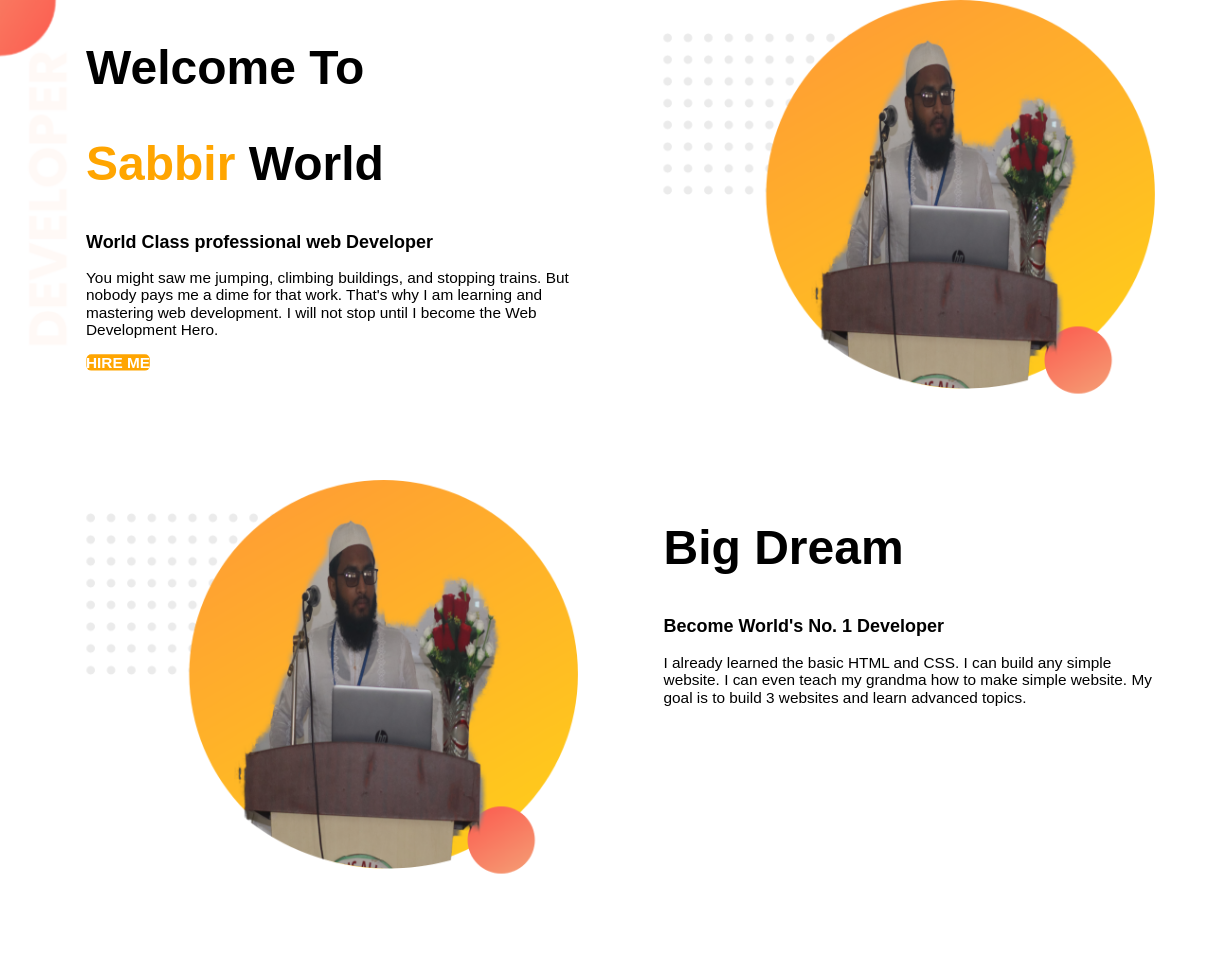
Repository: sabbircse3/web-protfolio
Page: index.html
These files come from the project's save history. The page is drawn as it stood at one moment and after the next save; the edit follows.
The browser window is 1280 px wide. The pictures show the whole page, at 96% of full size.

Above is the page before, as saved 2021-01-04 10:09:21.

### index.html
<!DOCTYPE html>
<html lang="en">
<head>
    <meta charset="UTF-8">
    <meta name="viewport" content="width=device-width, initial-scale=1.0">
    <title>Sabbir web-portfolio</title>
    <link rel="preconnect" href="https://fonts.gstatic.com">
    <link href="https://fonts.googleapis.com/css2?family=Montserrat&display=swap" rel="stylesheet">
    <link rel="stylesheet" href="style.css">
</head>
<body>
    <section class="top-banner">
        <div class="half-width">
            <h1>Welcome To</h1>
            <h1> <span class="name-highlight">Sabbir</span> World</h1>
            <h3>World Class professional web Developer</h3>
            <p>You might saw me jumping, climbing buildings, and stopping trains. But nobody pays me a dime for that work. That's why I am learning and mastering web development. I will not stop until I become the Web Development Hero.</p>
            <a class="link-button" target="_blank" href="https://www.linkedin.com/company/programminghero/">HIRE ME</a>
        </div>
        <div class="half-width">
            <img src="images/sabbir1.png" alt="">
        </div>
    </section>

    <section>
        <div class="half-width">
            <img src="images/sabbir1.png" alt="">
        </div>
        <div class="half-width">
            <h1> Big Dream</h1>
            <h3>Become World's No. 1 Developer</h3>
            <p>I already learned the basic HTML and CSS. I can build any simple website. I can even teach my grandma how to make simple website. My goal is to build 3 websites and learn advanced topics.</p>
        </div>

    </section>

</body>
</html>

### style.css
body{
    font-family: sans-serif;
    margin: 0px;
}
h1{
    font-size: 50px;
}
.name-highlight{
    color: orange;
}
.half-width{
    width: 40%;
    float: left;
    margin-left: 5%;
    padding-left: 2%;
}
.half-width img{
    width: 100%;
}
.top-banner{
    background-image: url("images/top-banner.png");
    background-repeat: no-repeat;
}
section{
    height: 500px;
}
.link-button{
    text-decoration: none;
    background-color: orange;
    padding: 10px 20;
    border-radius: 5px;
    color: white;
    font-weight: 600;
}

After the next save:
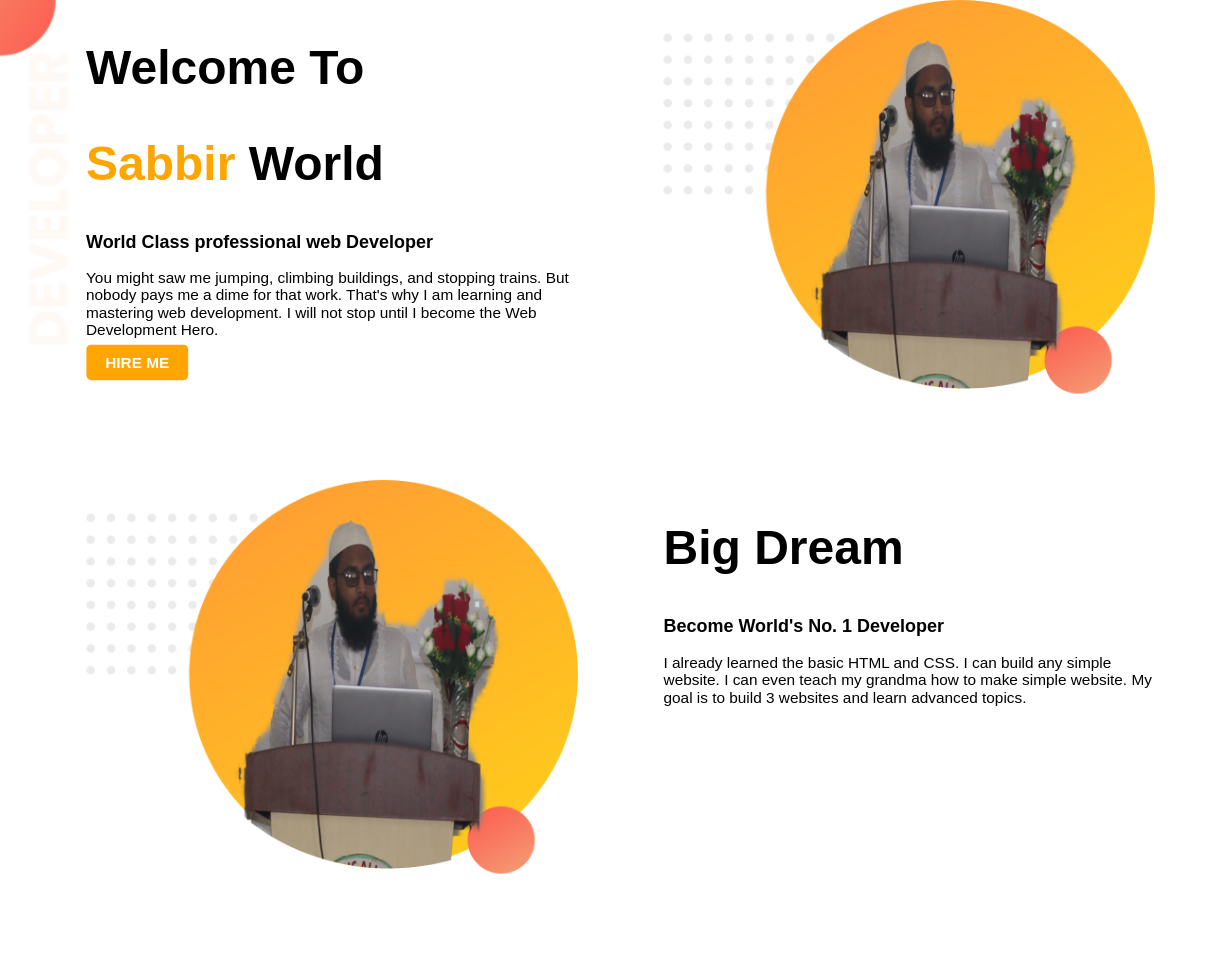
Saved 6 s later.
--- a/style.css
+++ b/style.css
@@ -27,7 +27,7 @@ section{
 .link-button{
     text-decoration: none;
     background-color: orange;
-    padding: 10px 20;
+    padding: 10px 20px;
     border-radius: 5px;
     color: white;
     font-weight: 600;
